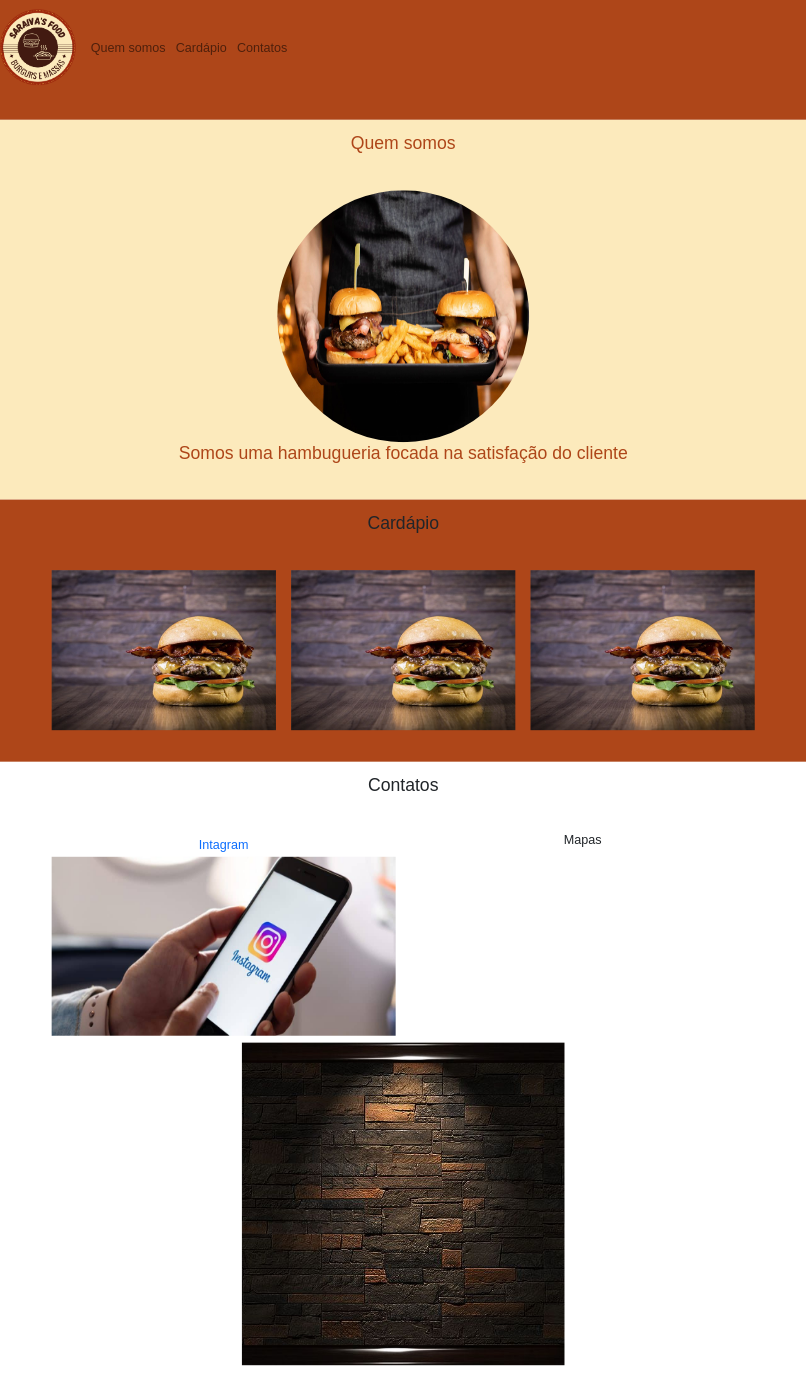
Repository: Tuanemendes/curso_bootstrap
Page: projeto1/index.html
The author's editor kept a copy of each file at every save. The page is drawn from the files as they stood at one save, then again after the next save.
The browser window is 1280 px wide. The pictures show the whole page, at 63% of full size.
Pictures or frames that could not be fetched are drawn as grey boxes.

Above is the page before, as saved 2022-04-04 17:54:25.

### projeto1/index.html
<!DOCTYPE html>
<html lang="pt-br">

<head>
    <title>Saraiva's</title>
    <meta charset="utf-8">
     <link href="https://cdn.jsdelivr.net/npm/bootstrap@5.1.3/dist/css/bootstrap.min.css" rel="stylesheet" integrity="sha384-1BmE4kWBq78iYhFldvKuhfTAU6auU8tT94WrHftjDbrCEXSU1oBoqyl2QvZ6jIW3" crossorigin="anonymous">
        <link rel=" stylesheet" type="text/css" href="/css/style.css">
</head>

<body>
    <nav class="navbar navbar-expand-lg navbar-light margin">
        <a class="navbar-brand" href="#">
            <img src="/img/saraivasfood.png" alt="logo" width="120" height="120">
        </a>
        <div class="collapse navbar-collapse">
            <ul class="navbar-nav">
                <li class="nav-item">
                    <a class="nav-link " href="#"> Quem somos </a>
                </li>
                <li class="nav-item">
                    <a class="nav-link " href="#"> Cardápio </a>
                </li>
                <li class="nav-item">
                    <a class="nav-link " href="#"> Contatos </a>
                </li>
            </ul>
        </div>
    </nav>

    <section id="quemsomos">
        <div class="container-fluid quem-somos text-center margin">
            <h3 class="margin">Quem somos</h3>
            <img src="/img/FICHA-TECNICA-PARA-HAMBURGUERIA-DICA.jpg" class="rounded-circle" alt="burgueria" width="400" height="400">
            <h3>Somos uma hambugueria  focada na satisfação do cliente</h3>
        </div>
    </section>
    <section id="cardapio">
        <div class="container-fluid text-center margin cardapio">
           <h3 class="margin">Cardápio</h3>
            <div class="container">
                <div class="row">
                    <div class="col-lg-4">
                         <img src="/img/como-montar-uma-hamburgueria.jpg" alt="" width="100%" >

                    </div>
                    <div class="col-lg-4">
                        <img src="/img/como-montar-uma-hamburgueria.jpg" alt="" width="100%">

                    </div>
                    <div class="col-lg-4">
                        <img src="/img/como-montar-uma-hamburgueria.jpg" alt="" width="100%">

                    </div>
                </div>
            </div>
        </div>
    </section>

    <section id="contatos">
        <div class="container-fluid text-center margin contatos">
            <h3 class="margin">Contatos</h3>
            <div class="container">
                <div class="row">
                    <div class="col-lg-6">
                        <a class="nav-link active" href="https://www.instagram.com/saraivasfood/">Intagram</a>
                        <img src="/img/Instagram-1-1000x450.jpg" alt="" width="100%" height="100%">
                    </div>
                    <div class="col-lg-6">
                        <p> Mapas</p>

                        <iframe src="https://www.google.com/maps/embed?pb=!1m18!1m12!1m3!1d3752.8455517590714!2d-44.02769498450882!3d-19.846486940844304!2m3!1f0!2f0!3f0!3m2!1i1024!2i768!4f13.1!3m3!1m2!1s0xa6922b50d9f6bb%3A0x419cabd354821c77!2sR.%20Cl%C3%A1udio%20Manoel%20da%20Costa%20-%20Nacional%2C%20Contagem%20-%20MG%2C%2032185-210!5e0!3m2!1spt-BR!2sbr!4v1649093905627!5m2!1spt-BR!2sbr" width="100%" height="100%" style="border:0;" allowfullscreen="" loading="lazy" referrerpolicy="no-referrer-when-downgrade"></iframe>
                    </div>
                </div>
            </div>
        </div>
    </section>

    <footer class="container-fluid text-center">
        <img src="/img/27cc887a3ec0d44abc315f40abb07257.jpg" alt="fundo">
        <p class="copyright"> © Copyright Saraiva's Food - 2022</p>
    </footer>
</body>

</html>

### css/style.css
body{
  font: 20px Arial,sans-serif;
}

.navbar{
    background-color: #ae4619;

}
.quem-somos{
    background-color: #fceabc;
    color: #ae4619;

}
.margin{
    padding-bottom: 50px;
    padding-top: 10px;

}
.cardapio{
    background-color: #ae4619;

}
.contato{
    background-color: #fceabc;
    color: #ae4619;

}

.copyright{
    color: #FFFFFF;
	font-size: 13px;
	margin: 20px 0 0;

}

After the next save:
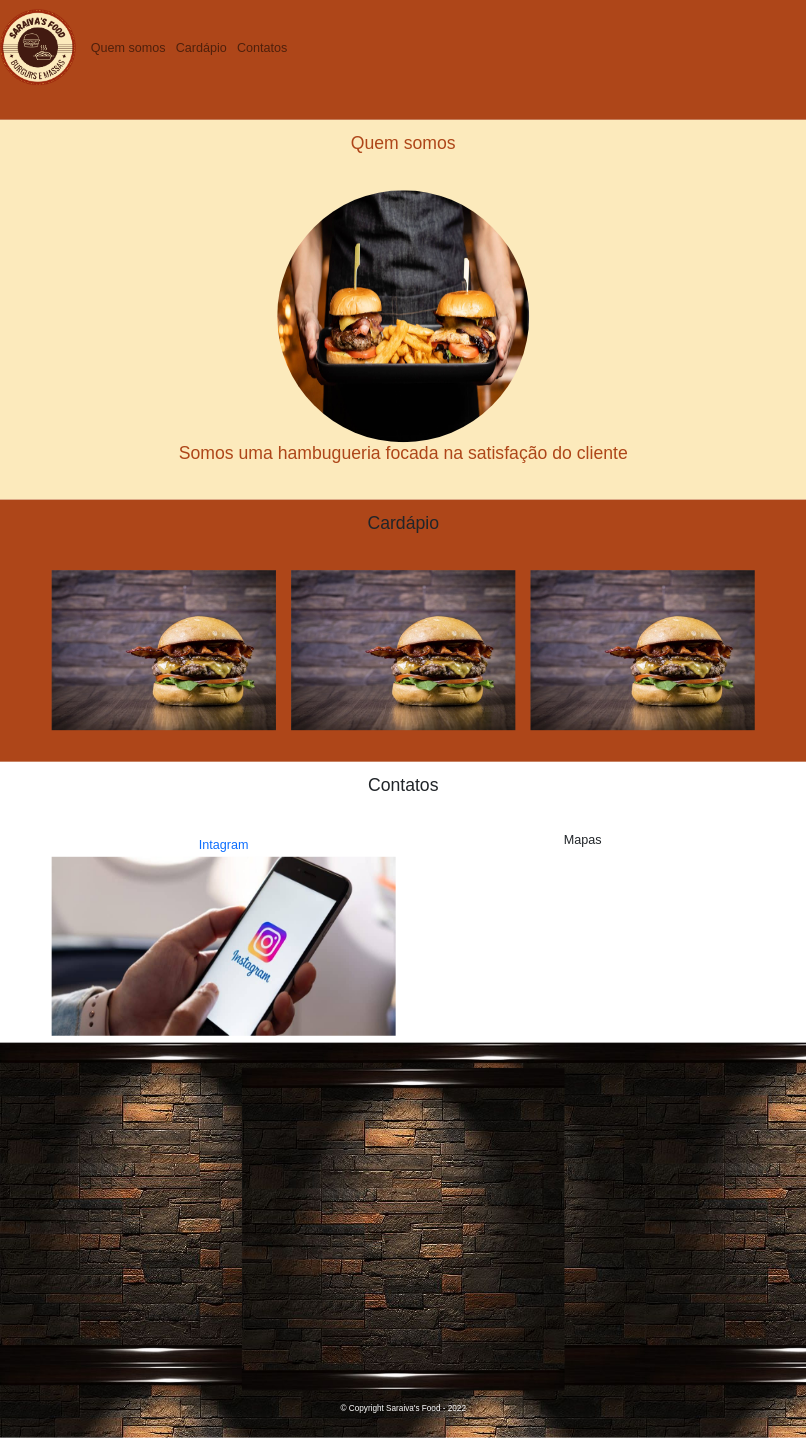
Saved 2 min 12 s later.
--- a/css/style.css
+++ b/css/style.css
@@ -1,5 +1,10 @@
 body{
   font: 20px Arial,sans-serif;
+}
+footer {
+	text-align: center;
+	background: url("/img/27cc887a3ec0d44abc315f40abb07257.jpg");
+	padding: 40px 0;
 }
 
 .navbar{
